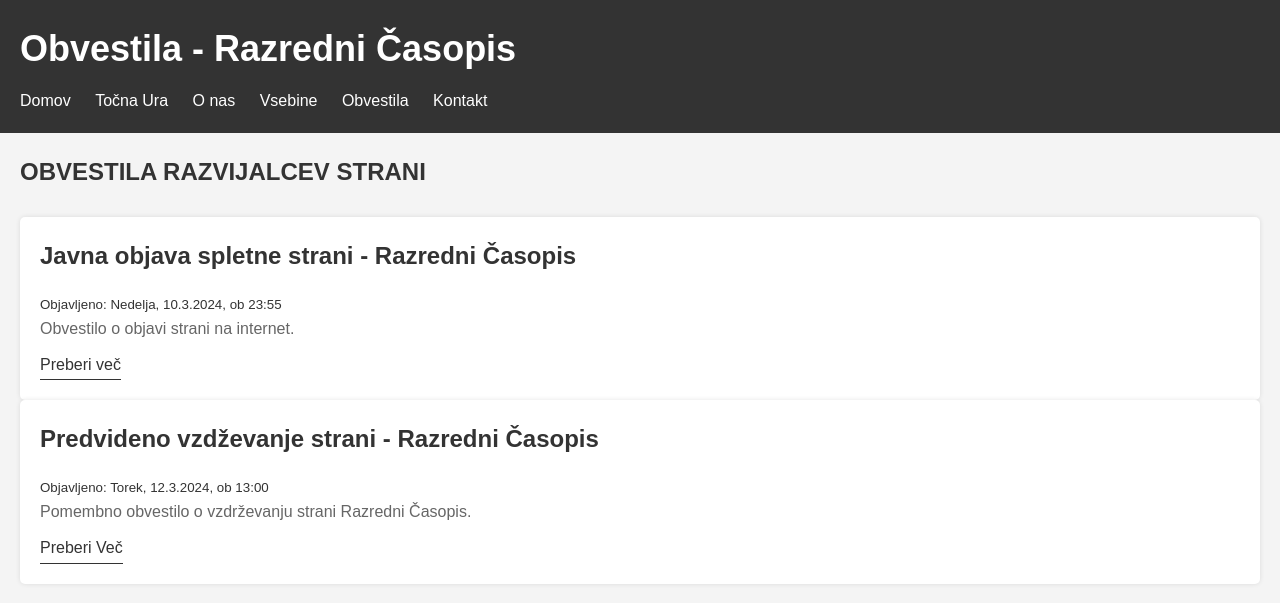
Repository: razrednicasopis/razrednicasopis.github.io
Page: Resources/obvestila.html
An editor plug-in stored every save of this project. The page is shown before and after the next save, followed by the edit.
The browser window is 1280 px wide. The pictures show the whole page.

Above is the page before, as saved 2024-03-12 13:00:31.
Console error: ReferenceError: maintenanceMode is not defined

### Resources/obvestila.html
<!DOCTYPE html>
    <html lang="eu">
        <head>
            <meta charset="UTF-8">
            <meta name="viewport" content="width=device-width, initial-scale=1.0">
            <title>Obvestila</title>
            <link rel="stylesheet" href="styless.css">
            <link rel="stylesheet" href="system.css">
        </head>
            <body>


              <div class="blur-container">
                <div id="vrstica">
                    <header>
                      <h1>Obvestila - Razredni Časopis</h1>
                      <nav>
                        <ul>
                          <li><a href="index.html">Domov</a></li>
                          <li><a href="ura.html">Točna Ura</a></li>
                          <li><a href="o-nas.html">O nas</a></li>
                          <li><a href="vsebine.html">Vsebine </a></li>
                          <li><a href="#">Obvestila</a></li>
                          <li><a href="#" class="showPopupLink">Kontakt</a></li>
                        </ul>
                      </nav>
                    </header>
                    </div>



        <main>
          <section class="obvestilnatabla">
            <h1>OBVESTILA RAZVIJALCEV STRANI</h1><br>
              <article>
                <h2>Javna objava spletne strani - Razredni Časopis</h2>
                <small>Objavljeno: Nedelja, 10.3.2024, ob 23:55</small>
                <p>Obvestilo o objavi strani na internet.</p>
                <a href="obvestilo1.html">Preberi več</a>
              </article>
                <p>
                  <article>
                    <h2>Predvideno vzdževanje strani - Razredni Časopis</h2>
                    <small>Objavljeno: Torek, 12.3.2024, ob 13:00</small>
                    <p>Pomembno obvestilo o vzdrževanju strani Razredni Časopis.</p>
                    <a href="obvestilo2.html">Preberi Več</a>
                  </article>
                </p>
          </section>
        </main>
      </div>


<!--Pop-ups and other HTML-->
<div id="popupContainer">
  <div id="overlay"></div>
  <div id="popupContent">
      <h1><b>NEDOSEGLJIVE VSEBINE</b></h1>
      <p>Te vsebine bodo na voljo v naslednjih verzijah strani.</p>
      <p>Obiščite <a href="obvestila.html">obvestila</a> za več novic.</p>
      <br>
      <button id="closePopupBtn">V redu</button>
  </div>
</div>

<div id="maintenancePopup">
  <div id="maintenancePopupContent">
    <h1>POVEZAVA IZGUBLJENA</h1>
    <p>Povezava z strežnikom izgubljena zaradi vzdrževanja strani. Prosimo osvežite stran.</p>
    <button id="closeMaintenancePopupBtn">Osveži</button>
  </div>
</div>

          <script src="alerts.js"></script>
          <script src="maintenancemode.js"></script>

            </body>
    </html>

### Resources/styless.css
* {
  margin: 0;
  padding: 0;
  box-sizing: border-box;
}

/* Globalni slogi */
body {
  font-family: Arial, sans-serif;
  line-height: 1.6;
  background-color: #f4f4f4;
  color: #333;
  margin: 0;
  padding: 0;
  max-height: 100vh;
}


.container {
    text-align: center;
    margin-top: 50px;
}

.border-box {
    display: inline-block;
    padding: 200px;
    width: 550px;
    height: 500px;
    border: 5px solid #333; /* Set your desired border color */
    border-radius: 30px; /* Set the border radius for slightly curved corners */
    background-color: #333; /* Set your desired background color inside the border */
}

header {
  background: #333;
  color: #fff;
  padding: 20px;
}

header h1 {
  margin-bottom: 10px;
  font-size: 36px;
}

nav ul {
  list-style: none;
}

nav ul li {
  display: inline;
  margin-right: 20px;
}

nav ul li a {
  color: #fff;
  text-decoration: none;
}

main {
  padding: 20px;
}

section {
  margin-bottom: 30px;
}

section h2 {
  margin-bottom: 15px;
}

article {
  background: #fff;
  padding: 20px;
  border-radius: 5px;
  box-shadow: 0 0 5px rgba(0, 0, 0, 0.1);
}

article h3 {
  margin-bottom: 10px;
}

article p {
  color: #666;
}

article a {
  display: inline-block;
  margin-top: 10px;
  text-decoration: none;
  color: #333;
  border-bottom: 1px solid #333;
  padding-bottom: 2px;
}

article a:hover {
  color: #000;
  border-color: #000;
}



footer {
  text-align: center;
  padding: 30px;
  background-color: #333;
  color: #fff;
  position: absolute;
  bottom: auto;
  width: 100%;
  text-align: center;
}

### Resources/system.css
/* Koda za "Coming Soon" pop-up */

#popupContainer {
    display: none;
    position: fixed;
    top: 50%;
    left: 50%;
    transform: translate(-50%, -50%);
    background-color: #ffffff;
    box-shadow: 0 4px 8px rgba(0, 0, 0, 0.1);
    padding: 20px;
    border-radius: 10px;
    text-align: center;
    z-index: top;
  }

  #popupContent {
    max-width: 400px;
    margin: 0 auto;
  }

  #closePopupBtn {
    background-color: #3498db;
    color: #ffffff;
    padding: 10px 15px;
    border: none;
    border-radius: 5px;
    cursor: pointer;
  }

  #closePopupBtn:hover {
      background-color: #4da8e1;
  }

  #showPopupLink {
    display: inline-block;
    padding: 10px 15px;
    color: #ffffff;
    text-decoration: none;
    border-radius: 5px;
    cursor: pointer;
  }

body.popup-open {
   overflow: hidden;
}

.popup-open .blur-container {
  filter: blur(5px); /* Apply blur effect only when popup is open */
  pointer-events: none;
}

#maintenancePopup {
  display: none;
  position: fixed;
  top: 50%;
  left: 50%;
  transform: translate(-50%, -50%);
  background-color: #ffffff;
  box-shadow: 0 4px 8px rgba(0, 0, 0, 0.1);
  padding: 20px;
  border-radius: 10px;
  text-align: center;
  z-index: 999;
}

#maintenancePopupContent {
  max-width: 400px;
  margin: 0 auto;
}

#closeMaintenancePopupBtn {
  background-color: #3498db;
  color: #ffffff;
  padding: 10px 15px;
  border: none;
  border-radius: 5px;
  cursor: pointer;
  margin-top: 20px;
}

#closeMaintenancePopupBtn:hover {
  background-color: #4da8e1;
}

/* Koda za "Kontakt" obrazec */

#contactform {
    align-self: center;
    }

    .formcontainer {
      text-align: center;
      margin-top: 50px;
      display: flex;
      justify-content: center;
      align-items: flex-start; /* Align items at the top */
  }

  .border-box {
      display: inline-block;
      padding: 20px;
      width: 550px;
      height: 500px;
      border: 5px solid #333; /* Set your desired border color */
      border-radius: 30px; /* Set the border radius for slightly curved corners */
      background-color: #333; /* Set your desired background color inside the border */
  }

  form input,
form textarea {
    width: calc(100% - 40px); /* Adjusted width with a bit of padding on each side */
    padding: 10px; /* Increased padding for better readability */
    margin-bottom: 5px; /* Increased spacing between input areas */
    margin-top: 25px; /* Move input areas slightly lower */
    height: 40px; /* Increased height to make input areas bigger */
}

form select{
width: calc(100% - 40px); /* Adjusted width with a bit of padding on each side */
padding: 10px; /* Increased padding for better readability */
margin-bottom: 5px;
margin-top: 20px; /* Move input areas slightly lower */
height: 40px; /* Height of input areas */
border: 1px solid #ccc; /* Border style */
border-radius: 5px; /* Border radius */
font-size: 16px; /* Font size */
}

form textarea {
  height: 120px;
}

/* Form Submit Button Styles */

/* Your existing CSS code */
/* Koda za "Coming Soon" pop-up */

#popupContainer {
  display: none;
  position: fixed;
  top: 50%;
  left: 50%;
  transform: translate(-50%, -50%);
  background-color: #ffffff;
  box-shadow: 0 4px 8px rgba(0, 0, 0, 0.1);
  padding: 20px;
  border-radius: 10px;
  text-align: center;
  z-index: top;
}


#popupContent {
  max-width: 400px;
  margin: 0 auto;
}

#closePopupBtn {
  background-color: #3498db;
  color: #ffffff;
  padding: 10px 15px;
  border: none;
  border-radius: 5px;
  cursor: pointer;
}

#closePopupBtn:hover {
    background-color: #4da8e1;
}

#showPopupLink {
  display: inline-block;
  padding: 10px 15px;
  color: #ffffff;
  text-decoration: none;
  border-radius: 5px;
  cursor: pointer;
}

body.popup-open {
 overflow: hidden;
}

body.blur {
filter: blur(5px);
pointer-events: none;
z-index: 1;
}

/* Koda za "Kontakt" obrazec */

#contactform {
  align-self: center;
}

.formcontainer {
  text-align: center;
  margin-top: 50px;
  display: flex;
  justify-content: center;
  align-items: flex-start; /* Align items at the top */
}

.border-box {
  display: inline-block;
  padding: 20px;
  width: 550px;
  height: 500px;
  border: 5px solid #333; /* Set your desired border color */
  border-radius: 30px; /* Set the border radius for slightly curved corners */
  background-color: #333; /* Set your desired background color inside the border */
}

form input,
form textarea {
  width: calc(100% - 40px); /* Adjusted width with a bit of padding on each side */
  padding: 10px; /* Increased padding for better readability */
  margin-bottom: 5px; /* Increased spacing between input areas */
  margin-top: 25px; /* Move input areas slightly lower */
  height: 40px; /* Increased height to make input areas bigger */
}

form select{
width: calc(100% - 40px); /* Adjusted width with a bit of padding on each side */
padding: 10px; /* Increased padding for better readability */
margin-bottom: 5px;
margin-top: 20px; /* Move input areas slightly lower */
height: 40px; /* Height of input areas */
border: 1px solid #ccc; /* Border style */
border-radius: 5px; /* Border radius */
font-size: 16px; /* Font size */
}

form textarea {
height: 120px;
}

/* Combined CSS for Blob Button */

*, *:before, *:after {
  box-sizing: border-box;
  margin: 0;
  padding: 0;
}

.buttons {
  margin-top: 2 0px;
  text-align: center;
  border-radius: 30px;
}

.blob-btn {
  z-index: 1;
  position: relative;
  padding: 20px 150px;
  margin-bottom: 40px;
  margin-top: 10px;
  text-align: center;
  text-transform: uppercase;
  color: #0505A9;
  font-size: 16px;
  font-weight: bold;
  background-color: transparent;
  outline: none;
  border: none;
  transition: color 0.5s;
  cursor: pointer;
  border-radius: 30px;
}
.blob-btn:before {
  content: "";
  z-index: 1;
  position: absolute;
  left: 0;
  top: 0;
  width: 100%;
  height: 100%;
  border: 2px solid #0505A9;
  border-radius: 30px;
}
.blob-btn:after {
  content: "";
  z-index: -2;
  position: absolute;
  left: 3px;
  top: 3px;
  width: 100%;
  height: 100%;
  transition: all 0.3s 0.2s;
  border-radius: 30px;
}
.blob-btn:hover {
  color: #FFFFFF;
  border-radius: 30px;
}
.blob-btn:hover:after {
  transition: all 0.3s;
  left: 0;
  top: 0;
  border-radius: 30px;
}
.blob-btn__inner {
  z-index: -1;
  overflow: hidden;
  position: absolute;
  left: 0;
  top: 0;
  width: 100%;
  height: 100%;
  border-radius: 30px;
  background: #ffffff;
}
.blob-btn__blobs {
  position: relative;
  display: block;
  height: 100%;
  filter: url("#goo");
}
.blob-btn__blob {
  position: absolute;
  top: 2px;
  width: 30%;
  height: 100%;
  background: #0505A9;
  border-radius: 100%;
  transform: translate3d(0, 150%, 0) scale(1.7);
  transition: transform 0.45s;
}
@supports (filter: url("#goo")) {
  .blob-btn__blob {
    transform: translate3d(0, 150%, 0) scale(1.4);
  }
}
.blob-btn__blob:nth-child(1) {
  left: 0%;
  transition-delay: 0s;
}
.blob-btn__blob:nth-child(2) {
  left: 30%;
  transition-delay: 0.08s;
}
.blob-btn__blob:nth-child(3) {
  left: 60%;
  transition-delay: 0.16s;
}
.blob-btn__blob:nth-child(4) {
  left: 90%;
  transition-delay: 0.24s;
}
.blob-btn:hover .blob-btn__blob {
  transform: translateZ(0) scale(1.7);
}

/* Define the keyframes for the pulse effect */
@keyframes pulse {
  0% {
    box-shadow: 0 0 0 0 rgba(255, 255, 255, 0.7); /* Initial box shadow color, adjust to match button color */
  }
  50% {
    box-shadow: 0 0 0 20px rgba(255, 255, 255, 0); /* Intermediate box shadow color */
  }
  100% {
    box-shadow: 0 0 0 0 rgba(255, 255, 255, 0); /* Final box shadow color */
  }
}

/* Apply the animation to the button when it's clicked or focused */
.blob-btn:active, .blob-btn:focus {
  animation: pulse 0.3s ease-in-out; /* Adjust the duration to control the pulse speed */
}

@supports (filter: url("#goo")) {
  .blob-btn:hover .blob-btn__blob {
    transform: translateZ(0) scale(1.5);
  }
}

/* CSS za uro */

.clock {
  margin-top: 6cm;
  text-align: center;
  font-size: 3em;
}

/*CSS za vse stranske nav skupine razen za glavno */

.seznamvsebin {
  display: inline-block;
  vertical-align: bottom;
  width: calc(20% - 4px); /* Adjust width to accommodate border */
  box-sizing: border-box;
  margin: 40px;
  border: 3px solid #000; /* Border thickness */
  height: 750px; /* Set desired height */
  /* Additional styling for seznamvsebin if needed */
  background-color: #f2f2f2;

}

.seznamvsebin nav {
    justify-content: center;
    padding: 30px;

}

.seznamvsebin nav a {
      display: inline-block;
      padding: 5px 10px;
      color: #000000;
      text-align: center;
      text-decoration: none;
      margin-bottom: 5px;
      border: 2px, transparent;
      border-radius: 5px;
      transition: linear, border 0.1s linear;
      font-weight: bold;
}


.seznamvsebin nav a:hover {
    background-color: #e0e0e0;
    border: 2px solid #000000
}

.NoviceContent {
  float: right; /* Align to the right */
  width: calc(80% - 250px); /* Adjusted width */
  box-sizing: border-box;
  margin-top: 100px;
}

.NoviceContent p {
  margin-bottom: 20px;
}

#dynamicText {
  float: right; /* Align to the right */
  width: calc(89% - 250px); /* Adjusted width */
  box-sizing: border-box;
  margin-top: 90px;
}

#dynamicText article {
  width: 99%;
}

/* Pravila Obrazca CSS */

.pravilaobrazca {
  height: 630px;
}

.pravilaobrazca_opozorilo {
  margin-top: 275px; /* Keeps this div at the bottom */
  color: #666; /* Change text color if desired */
}

/* Random CSS */

/* CSS for the admin credits list */

.creditscontainer {
  display: flex;
  flex-wrap: wrap;
}

.creditslist {
  flex: 1;
  margin: 10px;
  padding: 0;
  list-style-type: none;
}

.creditslist li {
  margin-bottom: 5px;
}

.adminlist article {
  min-height: 225px;
}

/* Članki CSS */

.člankimargin {
  margin-top: 20px;
}

.člankimargin article {
  width: 99%;
  margin-left: 10px;
  height: 20.5cm;
}

.člankitext {
  margin-bottom: 75px;
  font-size: 25px;
}

.člankitext2 {
  font-size: 14.5px;
}

.člankitext3 {
  font-size: 18px;
}

#vitin_spis {
  font-size: 20px;
}

#grinchtext {
  font-size: 20px;
}

#grinchimg img {
  width: 20%;
  height: 20%
}

/* CSS za mediji.html */

.shrambaslik {
  float: right; /* Align to the right */
  width: calc(89% - 250px); /* Adjusted width */
  box-sizing: border-box;
  margin-top: 90px;
}

.shrambaslik img[id="1"] {
  width: 25%;
  height: 25%;
}

.shrambaslik img[id="2"] {
  width: 10%;
  height: 5%;
  margin-left: 2%;
}

### Resources/alerts.js
 document.addEventListener('DOMContentLoaded', function () {
        document.querySelectorAll('.showPopupLink').forEach(function (link) {
            link.addEventListener('click', function (event) {
                event.preventDefault();
                document.getElementById('popupContainer').style.display = 'block';
                document.body.classList.add('popup-open');
            });
        });

        document.getElementById('closePopupBtn').addEventListener('click', function () {
            document.getElementById('popupContainer').style.display = 'none';
            document.body.classList.remove('popup-open');
        });
    });

    //Maintenance mode pop-up

    document.addEventListener('DOMContentLoaded', function ()  {
        function toggleMaintenancePopup(show) {
            var maintenancePopup = document.getElementById('maintenancePopup');
            if (maintenancePopup) {
                maintenancePopup.style.display = show ? 'block' : 'none';
                document.body.classList.toggle('popup-open', show);
                console.log(Error);
            }
        }


    function checkMaintenanceStatus() {
        setInterval(function () {


            toggleMaintenancePopup(maintenanceMode);

        }, 1000);
    }

    document.getElementById('closeMaintenancePopupBtn').addEventListener('click', function ()  {
        location.reload();
    });

    checkMaintenanceStatus();
});

Loaded but not shown: Resources/maintenancemode.js (no stored copy; drawn as an empty file)

After the next save:
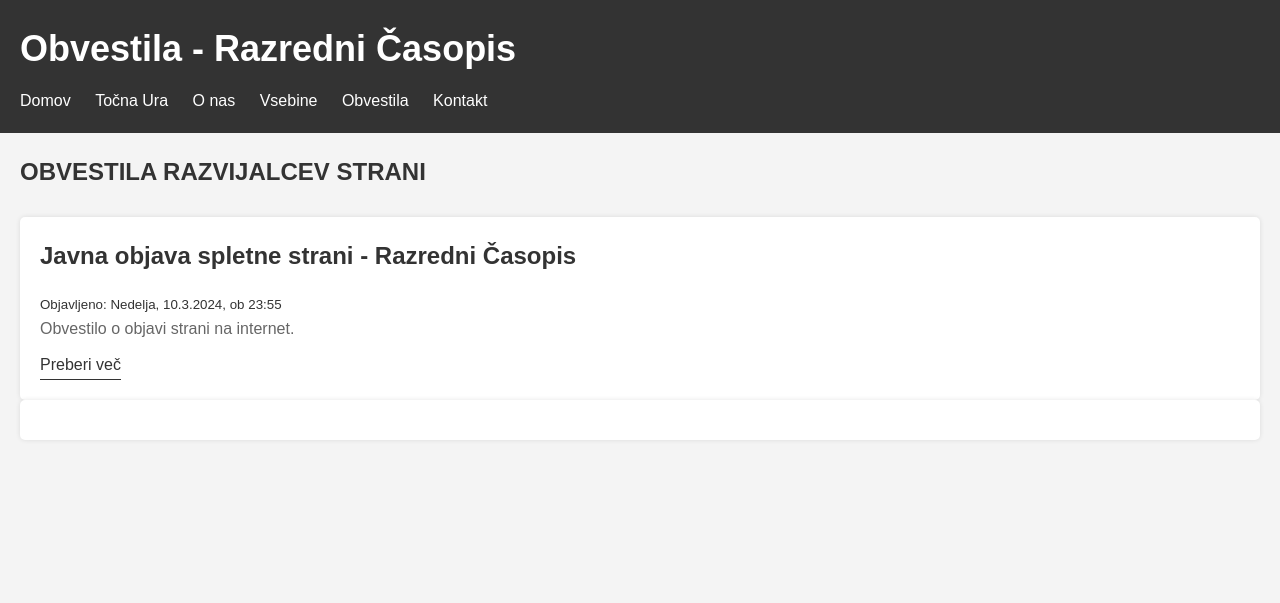
Saved 18 s later.
--- a/Resources/obvestila.html
+++ b/Resources/obvestila.html
@@ -40,10 +40,7 @@
               </article>
                 <p>
                   <article>
-                    <h2>Predvideno vzdževanje strani - Razredni Časopis</h2>
-                    <small>Objavljeno: Torek, 12.3.2024, ob 13:00</small>
-                    <p>Pomembno obvestilo o vzdrževanju strani Razredni Časopis.</p>
-                    <a href="obvestilo2.html">Preberi Več</a>
+
                   </article>
                 </p>
           </section>
